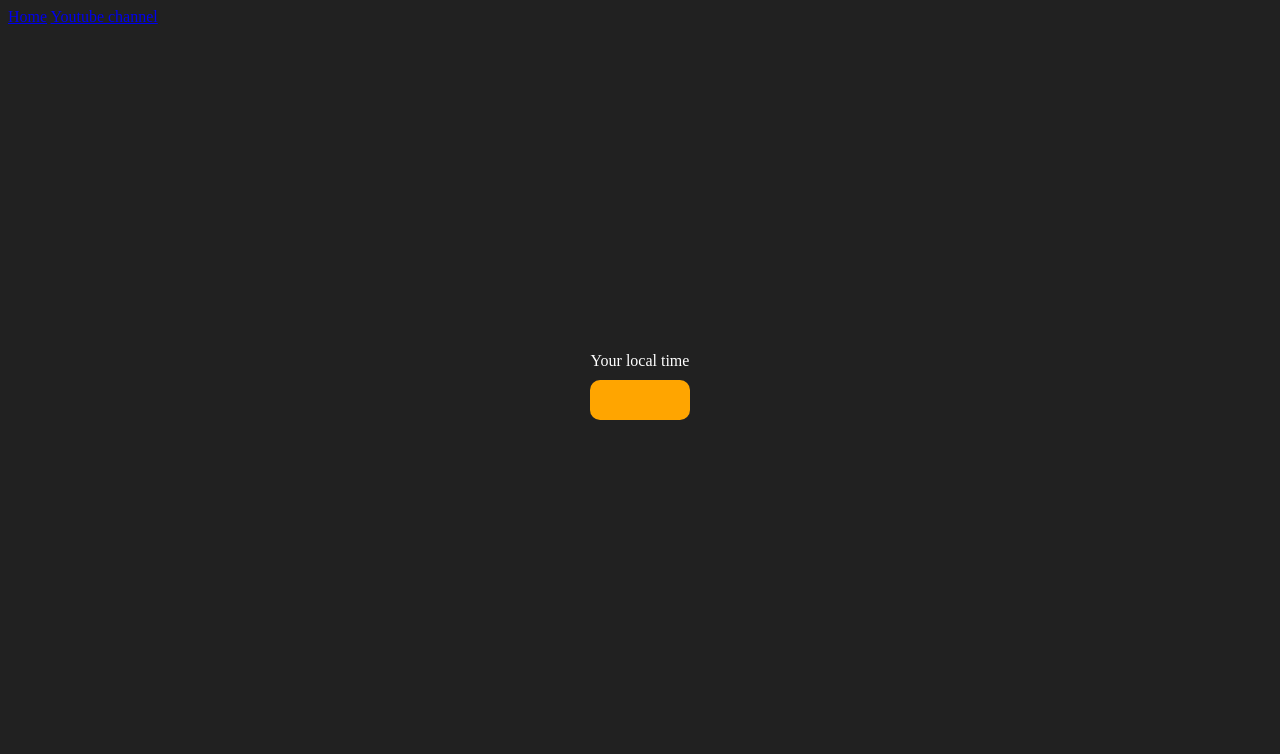
Repository: VishwaGoswami1407/JavaScript-Practice
Page: 07_projects/project3.html
An editor plug-in stored every save of this project. The page is shown before and after the next save, followed by the edit.
The browser window is 1280 px wide. The pictures show the whole page.

Above is the page before, as saved 2024-07-07 19:11:54.

### 07_projects/project3.html
<!DOCTYPE html>
<html lang="en">
  <head>
    <meta charset="UTF-8" />
    <meta name="viewport" content="width=device-width, initial-scale=1.0" />
    <meta http-equiv="X-UA-Compatible" content="ie=edge" />
    <title>Your Local Time</title>
    <style>
      body {
        background-color: #212121;
        color: #fff;
      }
      .center {
        display: flex;
        height: 100vh;
        justify-content: center;
        align-items: center;
        flex-direction: column;
      }
      #clock {
        font-size: 40px;
        background-color: orange;
        padding: 20px 50px;
        margin-top: 10px;
        border-radius: 10px;
      }
    </style>
  </head>
  <body>
    <nav>
      <a href="/" aria-current="page">Home</a>
      <a target="_blank" href="https://www.youtube.com/@chaiaurcode"
        >Youtube channel</a
      >
    </nav>
    <div class="center">
      <div id="banner"><span>Your local time</span></div>
      <div id="clock"></div>
    </div>
    <script src="project3.js"></script>
  </body>
</html>

Loaded but not shown: 07_projects/project3.js (no stored copy; drawn as an empty file)

After the next save:
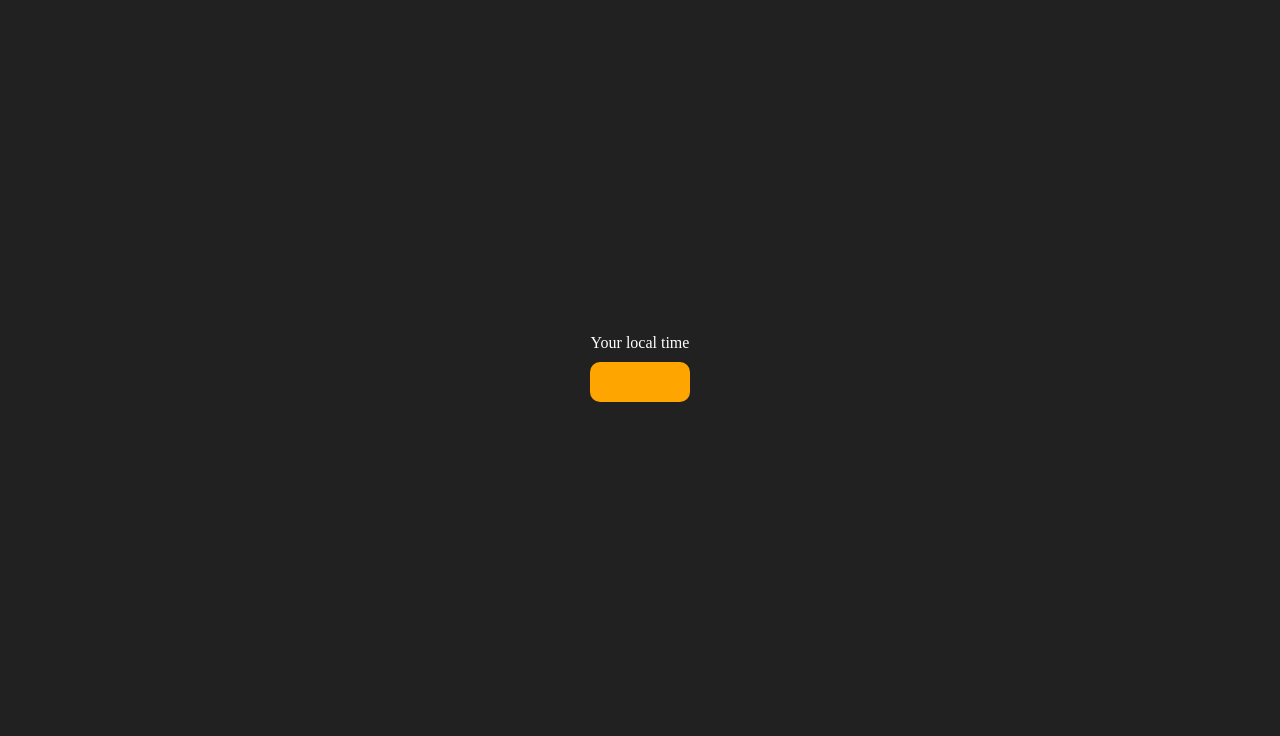
Saved 1 s later.
--- a/07_projects/project3.html
+++ b/07_projects/project3.html
@@ -27,12 +27,6 @@
     </style>
   </head>
   <body>
-    <nav>
-      <a href="/" aria-current="page">Home</a>
-      <a target="_blank" href="https://www.youtube.com/@chaiaurcode"
-        >Youtube channel</a
-      >
-    </nav>
     <div class="center">
       <div id="banner"><span>Your local time</span></div>
       <div id="clock"></div>
